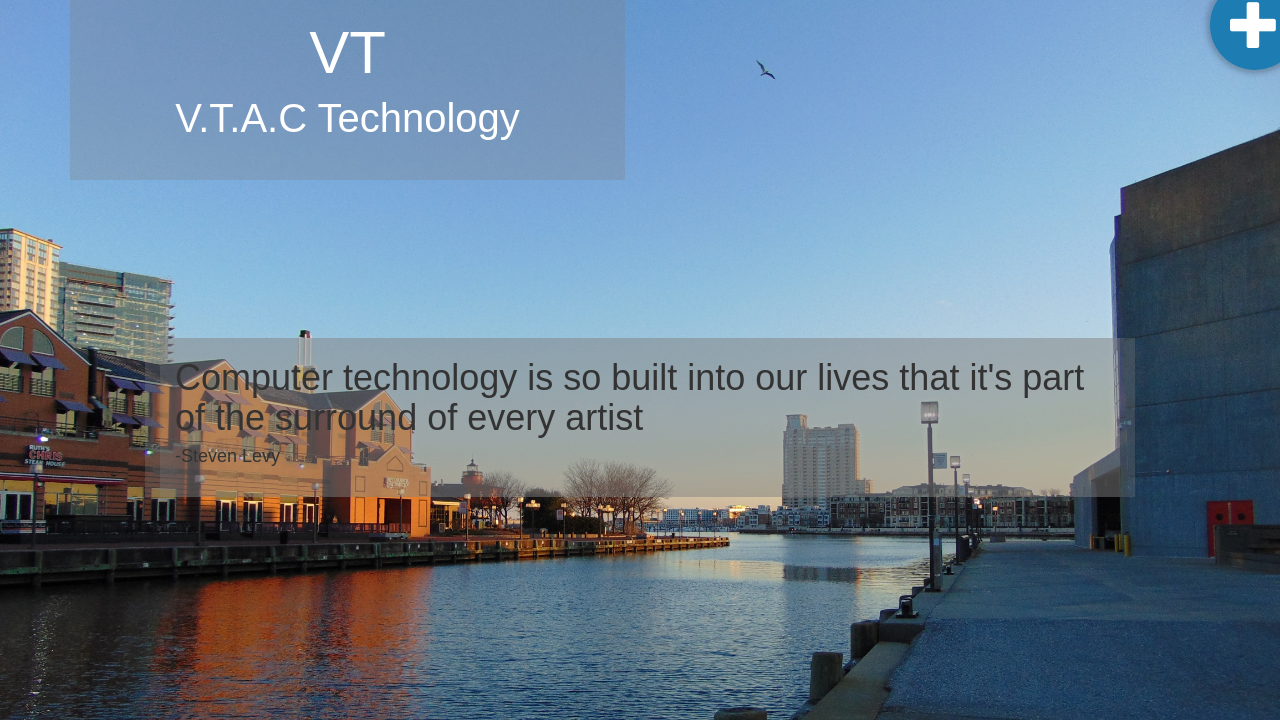
Repository: danidark9312/vtac
Page: http://localhost/vtacTechnology/
These files come from the project's save history. The page is drawn as it stood at one moment and after the next save; the edit follows.
The browser window is 1280 px wide. The pictures show the whole page.
The page is served by Tomcat 9.

Above is the page before, as saved 2017-01-30 18:40:06.
Console error (its wording comes from the project's code and is left out).

After the next save:
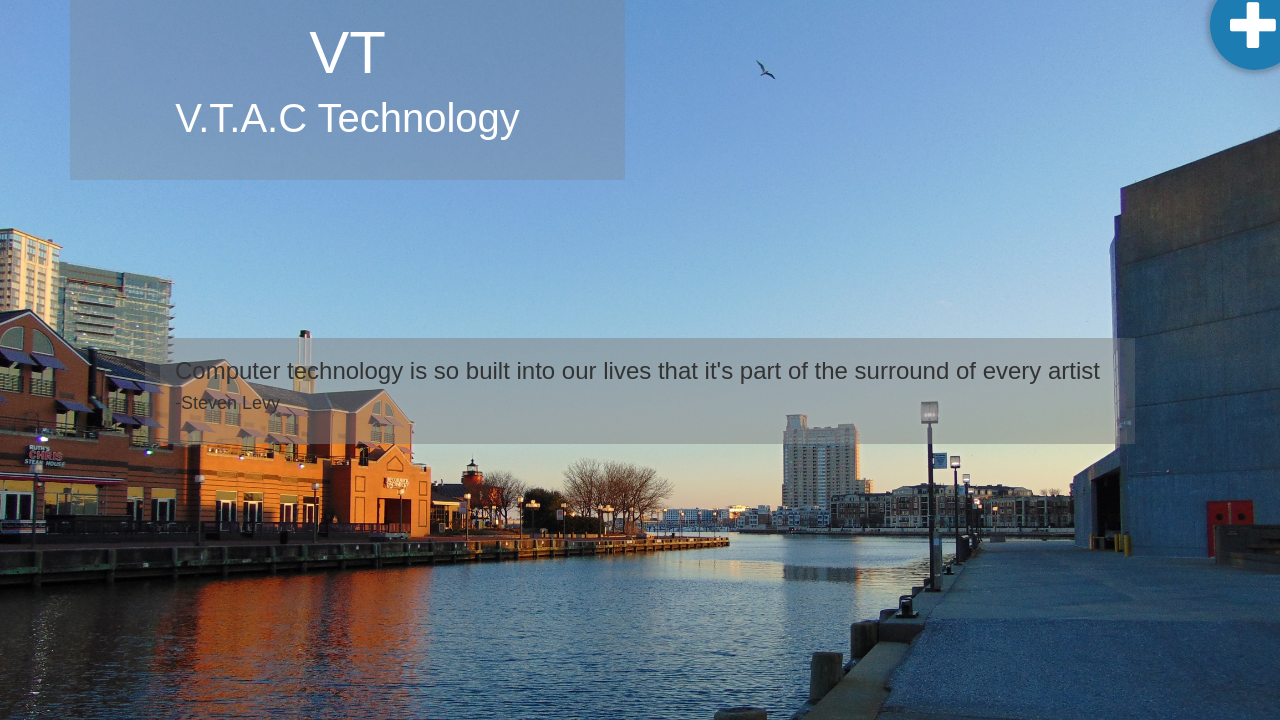
Saved 40 s later.
--- a/vtacTechnology/WebContent/index.jsp
+++ b/vtacTechnology/WebContent/index.jsp
@@ -40,7 +40,7 @@
 		<div class="row mainQuote">
 			<div class="col-md-12 col-xs-12">
 				<div class="col-md-12 col-xs-12">
-					<h1>Computer technology is so built into our lives that it's part of the surround of every artist</h1>
+					<h3>Computer technology is so built into our lives that it's part of the surround of every artist</h3>
 					<h4>-Steven Levy</h4>
 					<br/>
 				</div>
